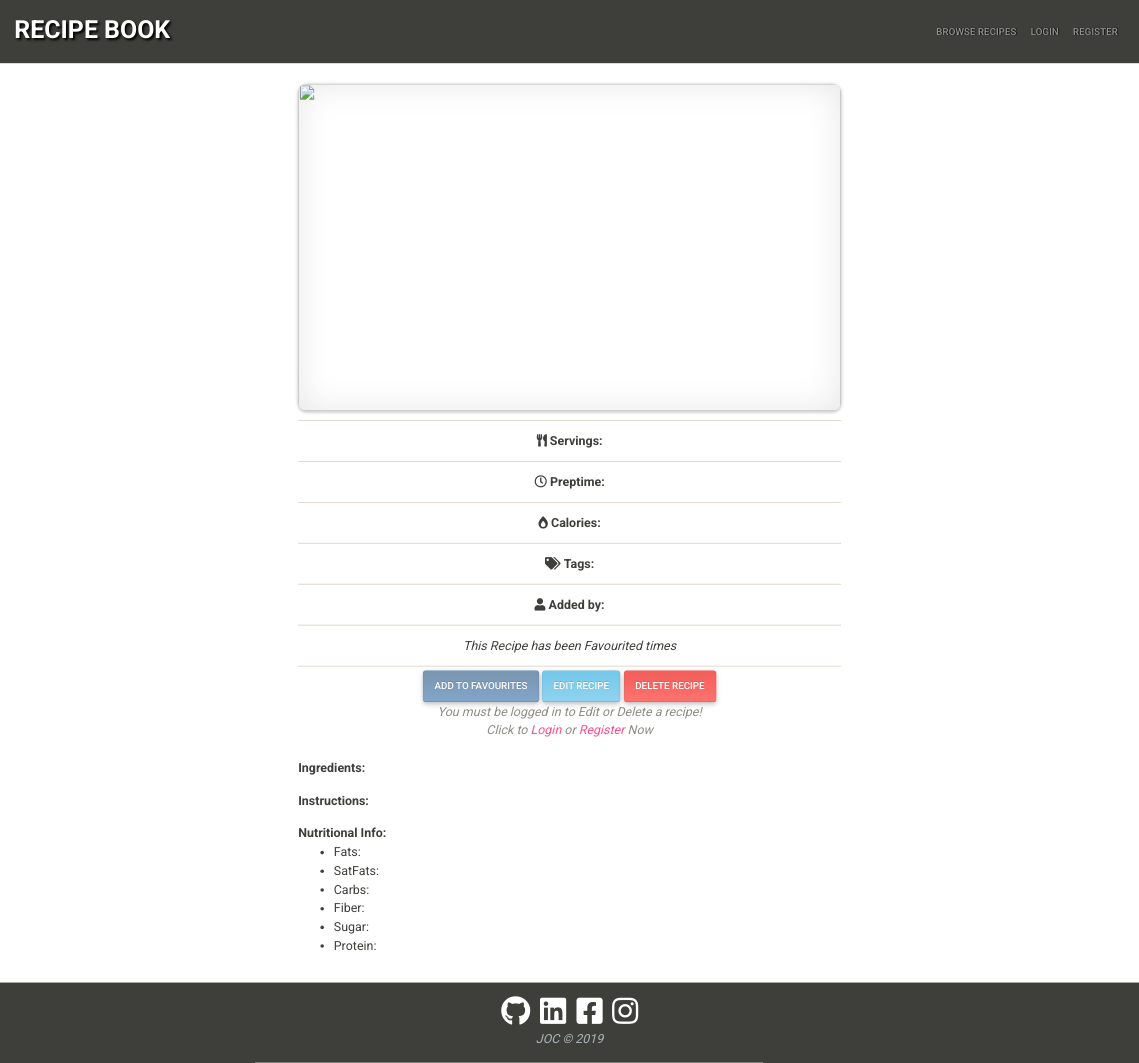
Repository: johnnycistudent/recipe-app
Page: templates/recipe_display.html
The author's editor kept a record of every edit. The page is drawn from the files as they stood at one moment, then again after the next edit.
The browser window is 1280 px wide. The pictures show the whole page, at 89% of full size.
Some web libraries are served in a nearby version. The page is served by the project's application, run on Flask 3 (app.py). The template is opened directly, without the code that normally fills it, so the values that code supplies are empty.

Above is the page before.

### templates/recipe_display.html
{% extends 'base.html' %} {% block content %}

<div class="container-fluid">

    <!-- RECIPE DISPLAY -->
    <div class="row">
        <div class="recipe col-md-6 offset-md-3">

            <!-- Recipe Name -->
            <h2 class="text-center">{{recipe.recipe_name|title}}</h2>

            <!-- If no photo link is available, a stock photo is used instead -->
            {% if recipe.photo_url == "" %}
            <img src="/static/images/backup.jpg" class="card-img-display" alt="{{recipe.recipe_name}}">

            {% else %}

            <!-- Recipe Image Display -->
            <img src="{{recipe.photo_url}}" class="card-img-display" alt="{{recipe.recipe_name}}">
            {% endif %}

            <!-- Recipe Stats -->
            <ul class="list-group list-group-flush text-center">
                <li class="list-group-item"><i class="fas fa-utensils"></i><strong> Servings:</strong><span class="recipe-stats"> {{recipe.servings}} </span></li>
                <li class="list-group-item"><i class="far fa-clock"></i><strong> Preptime:</strong><span class="recipe-stats"> {{recipe.preptime}}</span></li>
                <li class="list-group-item"><i class="fas fa-burn"></i><strong> Calories:</strong><span class="recipe-stats"> {{recipe.calories}}</span></li>

                <!-- Recipe Tags -->
                <li class="list-group-item"><i class="fas fa-tags"></i>
                    <strong>Tags:</strong>
                    {% for tag in recipe.tags %}
                    <span class="recipe-stats"> #{{ tag|title }}</span>
                    {% endfor %}
                </li>

                <!-- Recipe Author -->
                <li class="list-group-item">
                    <i class="fas fa-user"></i><strong> Added by:</strong>
                    <span class="recipe-stats">

                        <!-- Link to Recipe Author's Page of Recipes -->
                        <a class="here-link" href="{{url_for('profile', user=recipe.author.username) }}">{{ recipe.author.username|title }}</a>
                    </span>
                </li>
                <li class="list-group-item">
                    <em>

                        This Recipe has been Favourited {{ recipe.favourite_count }} times
                    </em>
                </li>
            </ul>

            <div class="recipe-buttons text-center">

                <!-- If the User is logged in, the below buttons are available to them -->
                {% if session.user %}

                <!-- Add to Favourites Button -->
                <a role="button" class="btn btn-main" href="{{url_for('add_to_favourites', recipe_id=recipe._id)}}">Add to Favourites</a>

                <!-- Edit Recipe Button -->
                <a role="button" class="btn btn-details" href="{{url_for('edit_recipe', recipe_id=recipe._id)}}">Edit Recipe</a>

                <!-- Delete Recipe Button (launches Delete Recipe Modal) -->
                <button type="button" class="btn btn-delete" data-toggle="modal" data-target="#deletemodal">Delete Recipe</button>
                {% else %}

                <!-- Otherwise the buttons are disabled -->
                <a role="button" class="btn btn-main disabled" href="#">Add to Favourites</a>
                <a role="button" class="btn btn-details disabled" href="#">Edit Recipe</a>
                <a role="button" class="btn btn-delete disabled" href="#">Delete Recipe</a>
                <p class="text-muted">
                    <em>You must be logged in to Edit or Delete a recipe!
                        <!-- Links to Login or Register -->
                        <br>Click to <a class="here-link" href="{{url_for('login')}}">Login</a> or <a class="here-link" href="{{url_for('register')}}">Register</a> Now
                    </em>
                </p>
                {% endif %}
            </div>

            <!-- Recipe Ingredients -->
            <div class="recipe-heading">
                <strong>Ingredients:</strong>
                <ul>
                    {% for ingredient in recipe.ingredients %}
                    <li class="ingredients">{{ingredient}}</li>
                    {% endfor %}
                </ul>
            </div>

            <!-- Recipe Instructions -->
            <div class="recipe-heading">
                <strong>Instructions:</strong>
                <ul>
                    <li class="instructions">{{recipe.instructions}}</li>
                </ul>
            </div>

            <!-- Recipe Nutrional Info -->
            <div class="recipe-heading">
                <strong>Nutritional Info:</strong>
                <ul class="nutritional-info">
                    <li>
                        Fats: {{ recipe.fat }}
                    </li>
                    <li>
                        SatFats: {{ recipe.satfat }}
                    </li>
                    <li>
                        Carbs: {{ recipe.carbs }}
                    </li>
                    <li>
                        Fiber: {{ recipe.fiber }}
                    </li>
                    <li>
                        Sugar: {{ recipe.sugar }}
                    </li>
                    <li>
                        Protein: {{ recipe.protein }}
                    </li>
                </ul>
            </div>
        </div>
    </div>

    <!-- RECIPE DISPLAY -->


    <!-- DELETE RECIPE MODAL -->
    <div class="modal fade" id="deletemodal" tabindex="-1" role="dialog" aria-labelledby="deleterecipe" aria-hidden="true">
        <div class="modal-dialog " role="document">
            <div class="modal-content">
                <div class="modal-header">
                    <h4 class="modal-title text-center ">Delete Recipe</h4>

                    <!-- Close Modal Button -->
                    <button type="button" class="close" data-dismiss="modal" aria-label="Close">
                    <span aria-hidden="true">&times;</span>
                    </button>
                </div>
                <div class="modal-body">
                    <!--  Delete Recipe Warning amble -->
                    <p class="delete-warning"><span style="color:#f4150f"><i class="fas fa-exclamation-circle"></i><strong> WARNING</strong>:</span> Deleting this recipe will permanently remove it from the website for all users.
                    <br>Are you sure you want to permamently delete this recipe?</p>
                </div>
                <div class="delete-buttons text-center">

                    <!-- Cancel Delete Button -->
                    <button type="button" class="btn btn-details" data-dismiss="modal">No, Go Back</button>

                    <!-- Confirm Delete Recipe Button -->
                    <a role="button" href="{{url_for('delete_recipe', recipe_id=recipe._id)}}" class="btn btn-delete">Yes, Delete</a>
                </div>
            </div>
        </div>
    </div>
    <!-- /DELETE RECIPE MODAL -->

</div>

{% endblock %}

### templates/base.html
<html>

<head>
    <!-- Required meta tags -->
    <meta charset="utf-8">
    <meta name="viewport" content="width=device-width, initial-scale=1, shrink-to-fit=no">

    <!--Font Awesome 5.7.2 CDN Link-->
    <link rel="stylesheet" href="https://use.fontawesome.com/releases/v5.8.1/css/all.css" integrity="sha384-50oBUHEmvpQ+1lW4y57PTFmhCaXp0ML5d60M1M7uH2+nqUivzIebhndOJK28anvf" crossorigin="anonymous">
    <!--Bootstrap 4.1.3 CSS CDN Link-->
    <link rel="stylesheet" href="https://stackpath.bootstrapcdn.com/bootstrap/4.3.1/css/bootstrap.min.css" integrity="sha384-ggOyR0iXCbMQv3Xipma34MD+dH/1fQ784/j6cY/iJTQUOhcWr7x9JvoRxT2MZw1T" crossorigin="anonymous">
    <!-- Google Fonts Link -->
    <link href="https://fonts.googleapis.com/css?family=Open+Sans:400,400i,700|Roboto+Slab" rel="stylesheet">
    <!-- Stylesheets -->
    <!--Bootswatch Sandstone Link -->
    <link rel="stylesheet" href="{{url_for('static', filename='css/bootstrap.min.css')}}" type="text/css" />
    <!--My Css Link-->
    <link rel="stylesheet" href="{{url_for('static', filename='css/style.css')}}" type="text/css" />
    <!----------Favicon Link------->
    <link rel="shortcut icon" href="{{url_for('static', filename='images/cookbook.png')}}" type="image/x-icon" />
    <title>Recipe Book</title>
</head>

<body>

    <!--- NAVBAR from Bootstrap/Bootswatch  --->
    <nav class="navbar navbar-expand-lg navbar-dark bg-primary">

        <!--- Brand Name  --->
        <a class="navbar-brand" href="{{url_for('get_recipes')}}">RECIPE BOOK</a>
        <button class="navbar-toggler" type="button" data-toggle="collapse" data-target="#navbarNavDropdown" aria-controls="navbarNavDropdown" aria-expanded="false" aria-label="Toggle navigation">
        <span class="navbar-toggler-icon"></span>
        </button>
        <div class="collapse navbar-collapse ml-auto" id="navbarNavDropdown">
            <ul class="navbar-nav ml-auto active">

                <!--- Browse Recipes Link  --->
                <li class="nav-item">
                    <a class="nav-link" href="{{url_for('get_recipes')}}">Browse Recipes</a>
                </li>

                <!--- If the User is signed in, they will see the below navbar links  --->
                {% if session.user %}

                <!--- User Recipes Link  --->
                <li class="nav-item">
                    <a class="nav-link" href="{{url_for('profile', user=session.user)}}">My Recipes</a>
                </li>

                <!--- User Favourite Recipes Link  --->
                <li class="nav-item">
                    <a class="nav-link" href="{{url_for('my_favourites', user=session.user)}}">My Favourites</a>
                </li>

                <!--- Add a New Recipe Link  --->
                <li class="nav-item">
                    <a class="nav-link" href="{{url_for('add_recipe')}}">Add Recipe</a>
                </li>

                <!--- If the User is the Admin(named "admin"), they will see the below navbar link  --->
                {% if session.user == "admin" %}

                <!--- Admin Reports Link  --->
                <li class="nav-item">
                    <a class="nav-link" href="{{url_for('admin')}}">Admin Area</a>
                </li>
                {% endif %}

                <!--- Log Out Link  --->
                <li class="nav-item">
                    <a class="nav-link" href="{{url_for('logout')}}">Log Out</a>
                </li>



                <!--- If the User is not signed in, they will see the below navbar links  --->

                {% else %}

                <!--- Login Link  --->
                <li class="nav-item">
                    <a class="nav-link" href="{{url_for('login')}}">Login</a>
                </li>

                <!--- Register Link  --->
                <li class="nav-item">
                    <a class="nav-link" href="{{url_for('register')}}">Register</a>
                </li>
                {% endif %}

            </ul>
        </div>
    </nav>

    <!--- /NAVBAR from Bootstrap/Bootswatch  --->


    <!--- ALERTS CONTAINER --->
    <!--- Taken and modified from Miroslav Svec's (username Miro) sessions from Slack DCD channel --->
    <div class="container-fluid">
        <div id="alerts">
            <div class="row justify-content-center ">
                <div id="messages " class="col-8 ">

                    {% with messages = get_flashed_messages() %} {% if messages %} {% for message in messages %}
                    <div class="alert alert-warning ">
                        <button type="button" class="close" data-dismiss="alert" aria-label="Close">&times;</button>
                        <p class="text-center ">{{ message }}</p>
                    </div>
                    {% endfor %} {% endif %} {% endwith %}
                </div>
            </div>
        </div>
    </div>
    <!--- /ALERTS CONTAINER --->



    {% block content %} {% endblock %}

    <!--- FOOTER --->
    <footer class="footer d-flex mt-auto">
        <div class="container-fluid text-center ">
            <div class="text-center center-block ">
                <br />
                <!--- Social Media Links --->
                <a href="https://github.com/johnnycistudent " target="_blank "><i id="social-gh " class="fab fa-github fa-3x social "></i></a>
                <a href="https://www.linkedin.com/in/john-o-connor-527904170/ " target="_blank "><i id="social-li " class="fab fa-linkedin fa-3x social "></i></a>
                <a href="https://www.facebook.com/john.oconnor.3139 " target="_blank "><i id="social-fb " class="fab fa-facebook-square fa-3x social "></i></a>
                <a href="https://www.instagram.com/johnnyoco/ " target="_blank "><i id="social-in " class="fab fa-instagram fa-3x social "></i></a>
                <!--- /Social Media Links --->
            </div>
            <div class="copyright ">
                <span style="font-style:italic ">JOC © 2019</span>
            </div>
        </div>
    </footer>
    <!--- /FOOTER --->


    <!-- SCRIPTS -->

    <script src="https://code.jquery.com/jquery-3.4.1.min.js" integrity="sha256-CSXorXvZcTkaix6Yvo6HppcZGetbYMGWSFlBw8HfCJo=" crossorigin="anonymous"></script>
    <script src="https://cdnjs.cloudflare.com/ajax/libs/popper.js/1.14.7/umd/popper.min.js" integrity="sha384-UO2eT0CpHqdSJQ6hJty5KVphtPhzWj9WO1clHTMGa3JDZwrnQq4sF86dIHNDz0W1" crossorigin="anonymous"></script>
    <script src="https://stackpath.bootstrapcdn.com/bootstrap/4.3.1/js/bootstrap.min.js" integrity="sha384-JjSmVgyd0p3pXB1rRibZUAYoIIy6OrQ6VrjIEaFf/nJGzIxFDsf4x0xIM+B07jRM" crossorigin="anonymous"></script>
    <script src="{{ url_for( 'static', filename='js/main.js' ) }}"></script>

    <!-- /SCRIPTS -->

</body>

</html>

Loaded but not shown: static/css/bootstrap.min.css (library); static/js/main.js (49 lines, source omitted); app.py (504 lines, source omitted); static/css/style.css (648 lines, source omitted)

After the next edit:
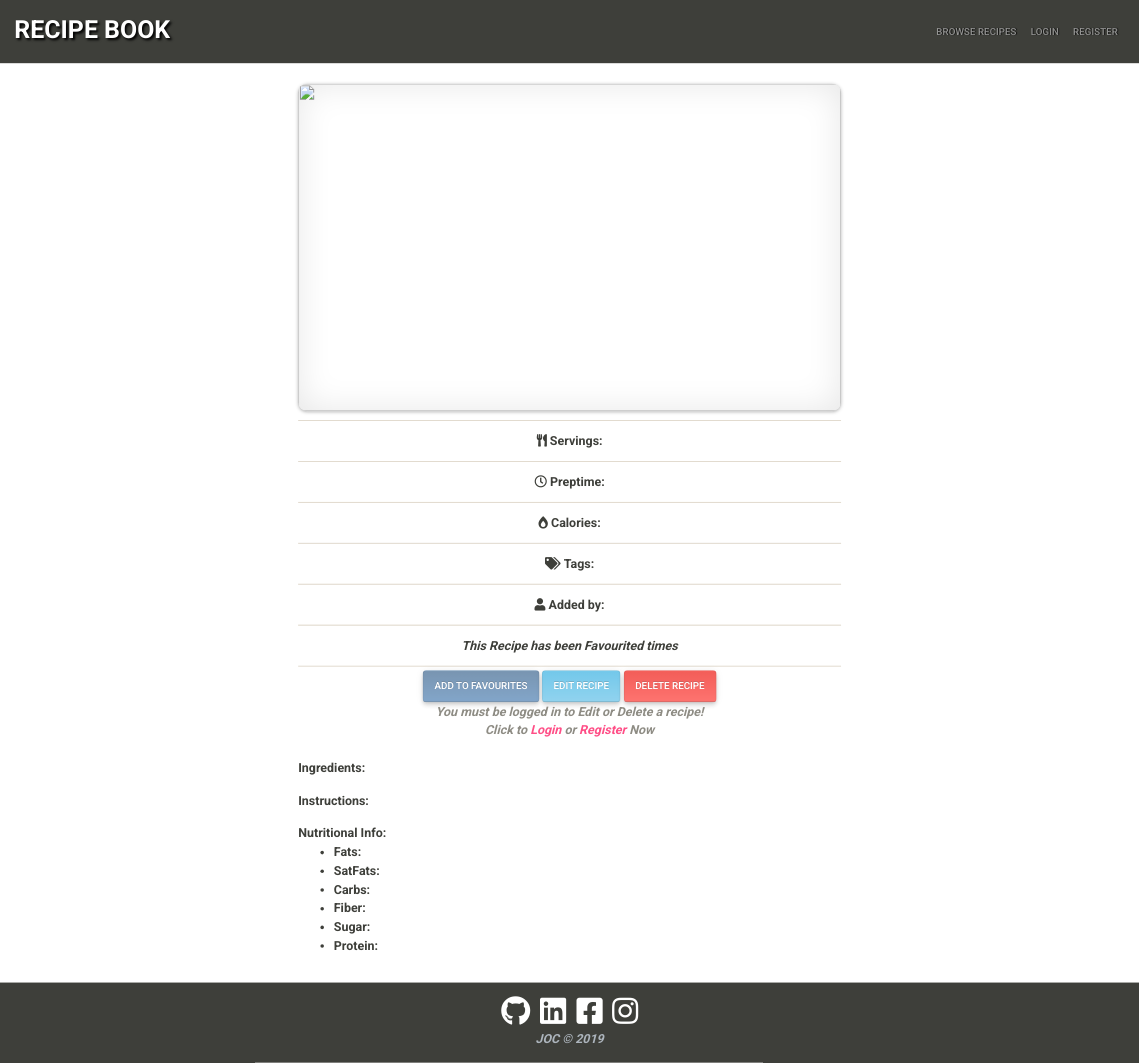
The edit:
--- a/templates/recipe_display.html
+++ b/templates/recipe_display.html
@@ -43,7 +43,7 @@
                     </span>
                 </li>
                 <li class="list-group-item">
-                    <em>
+                    <strong><em>
 
                         This Recipe has been Favourited {{ recipe.favourite_count }} times
                     </em>
